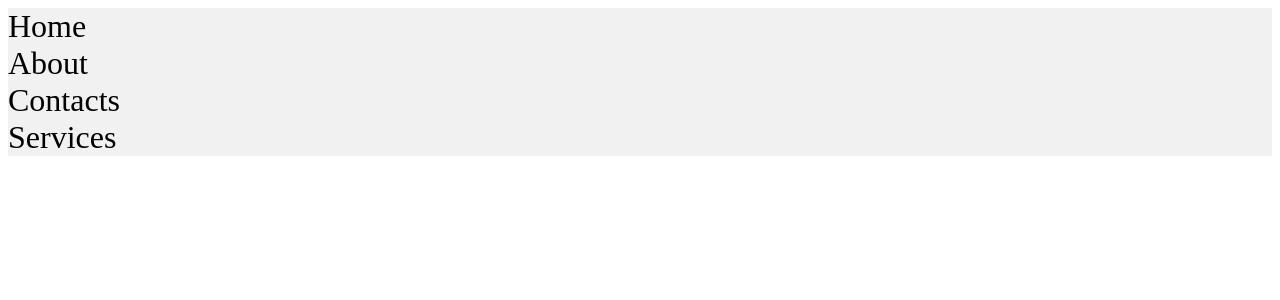
Repository: ramtoppo12/NavBar-Using-FlexBox
Page: index.html
An editor plug-in stored every save of this project. The page is shown before and after the next save, followed by the edit.
The browser window is 1280 px wide. The pictures show the whole page.

Above is the page before, as saved 2020-12-12 23:16:13.

After the next save:
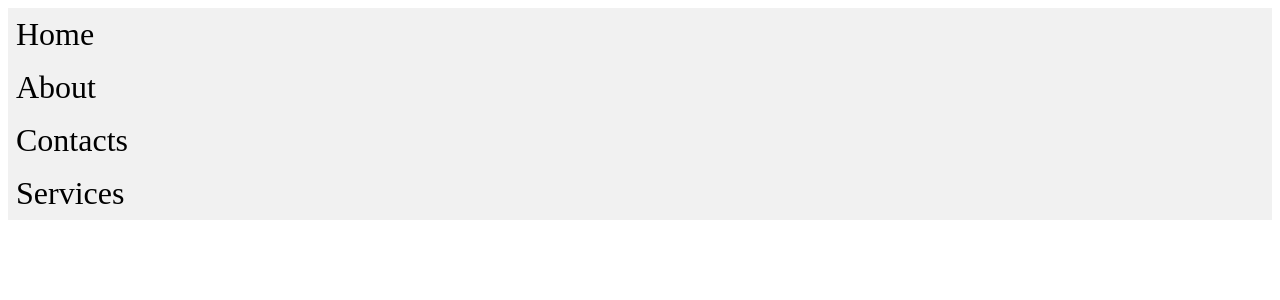
Saved 16 s later.
--- a/style.css
+++ b/style.css
@@ -7,3 +7,7 @@
   margin: 0;
   padding: 0;
 }
+nav ul li {
+  cursor: pointer;
+  padding: 0.5rem;
+}
